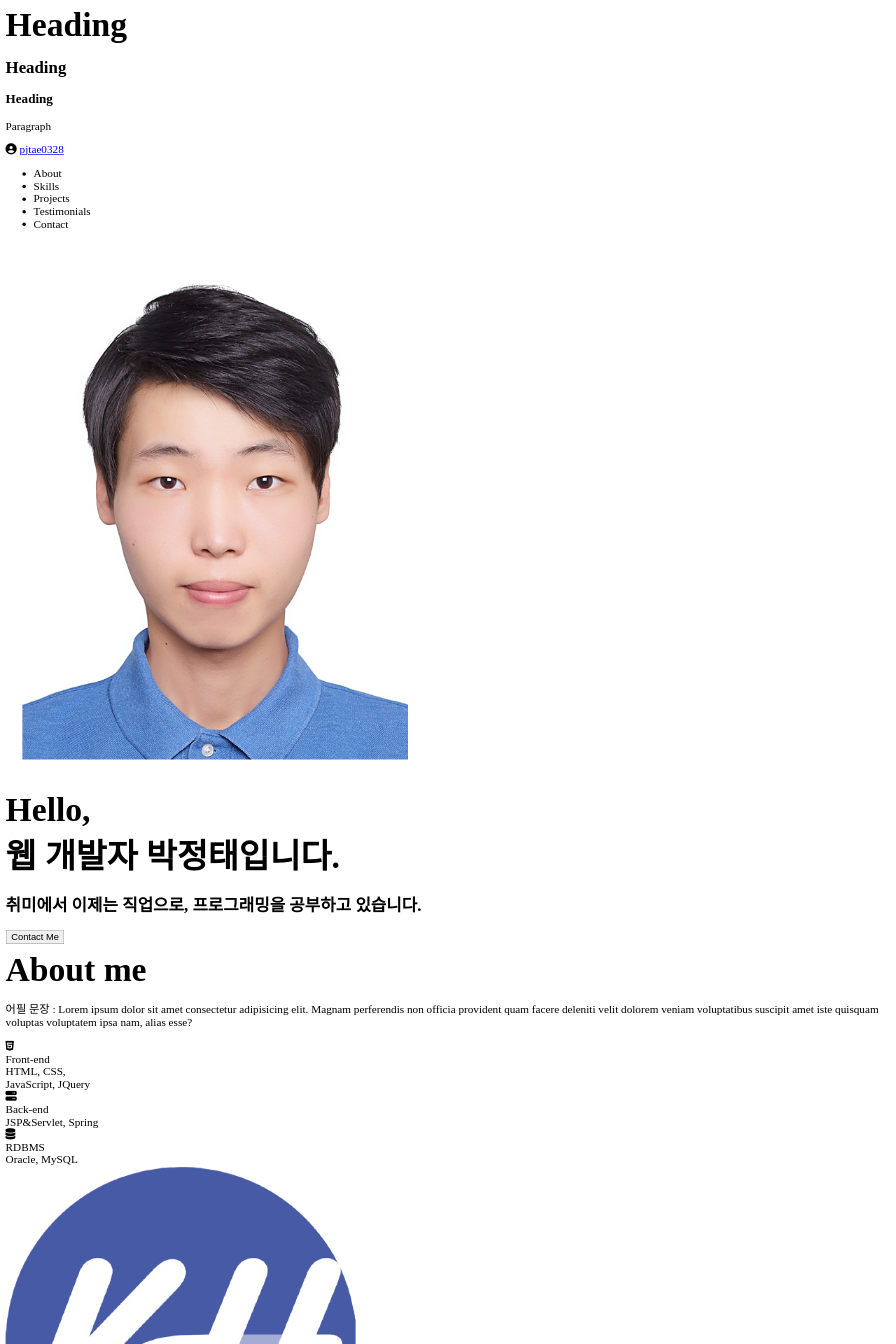
Repository: pjtae0328/Portfolio
Page: index.html
These files come from the project's save history. The page is drawn as it stood at one moment and after the next save; the edit follows.
The browser window is 1280 px wide. The pictures show the part of the page from y = 0 to 1920 px (the page is 6965 px tall before and 6997 px after), at 70% of full size.
Some web libraries are served in a nearby version.

Above is the page before, as saved 2021-09-02 21:06:22.

### index.html
<!DOCTYPE html>
<html lang="ko">

<head>
    <meta charset="UTF-8">
    <meta http-equiv="X-UA-Compatible" content="IE=edge"> <!-- ie 호환성보기 무시 -->
    <meta name="viewport" content="width=device-width, initial-scale=1.0">
    <title>박정태 포트폴리오</title>

    <!-- 설명 / 작성자 -->
    <meta name="description" content="준비된 개발자 박정태의 포트폴리오 입니다.">
    <meta name="author" content="박정태">

    <!-- 아이콘 -->
    <link rel="icon" type="image/png" href="imgs/favicon.png"/>

    <!-- fontawesome -->
    <script src="https://kit.fontawesome.com/0d232bdc2d.js" crossorigin="anonymous">
    </script>

    <!-- font -->
    <link rel="preconnect" href="https://fonts.googleapis.com">
    <link rel="preconnect" href="https://fonts.gstatic.com" crossorigin>
    <link href="https://fonts.googleapis.com/css2?family=Noto+Sans+KR:wght@400;500;700&display=swap" rel="stylesheet">

    <!-- css / js -->
    <link rel="stylesheet" href="style.css"/>
    <script src="main.js" defer></script>

<body>
    <!-- Test -->
    <h1>Heading</h1>
    <h2>Heading</h2>
    <h3>Heading</h3>
    <p>Paragraph</p>

<!-- Nav Bar -->
<nav id="navbar">
    <div class="navbar__logo">
        <i class="fas fa-user-circle"></i>
        <a href="#">pjtae0328</a>
    </div>
    <ul class="navbar__menu">
        <li class="navbar__menu__item">About</li>
        <li class="navbar__menu__item">Skills</li>
        <li class="navbar__menu__item">Projects</li>
        <li class="navbar__menu__item">Testimonials</li>
        <li class="navbar__menu__item">Contact</li>
    </ul>
</nav>

<!-- Home -->
<section id="home">
    <img src="/imgs/profile.jpg" alt="profile photo" class="home__avatar">
    <h1 class="home__title">Hello, <br>웹 개발자 박정태입니다.</h1>
    <h2 class="home__discription">취미에서 이제는 직업으로, 프로그래밍을 공부하고 있습니다.</h2>
    <button class="home__contact">Contact Me</button>
</section>

<!-- About -->
<section id="about">
    <h1>About me</h1>
    <p>어필 문장 : Lorem ipsum dolor sit amet consectetur adipisicing elit. Magnam perferendis non officia provident quam
        facere deleniti velit dolorem veniam voluptatibus suscipit amet iste quisquam voluptas voluptatem ipsa nam,
        alias esse?</p>

    <div class="about__majors">
        <div class="major">
            <div class="major__icon">
                <i class="fab fa-html5"></i>
            </div>
            <div class="major_title">Front-end</div>
            <div class="major__description">
                HTML, CSS,
                <br>JavaScript, JQuery
            </div>
        </div>
        <div class="major">
            <div class="major__icon">
                <i class="fas fa-server"></i>
            </div>
            <div class="major_title">Back-end</div>
            <div class="major__description">
                JSP&Servlet, Spring
            </div>
        </div>
        <div class="major">
            <div class="major__icon">
                <i class="fas fa-database"></i>
            </div>
            <div class="major_title">RDBMS</div>
            <div class="major__description">
                Oracle, MySQL
            </div>
        </div>
    </div>

    <div class="about__experience">
        <div class="experience">
            <img src="imgs/experience/kh.png" alt="KH정보 교육원">
            <p class="experience__name">KH 정보교육원 웹콘텐츠 개발자 과정 수료</p>
            <p class="experience__period">2021 May - 2021 Dec</p>
        </div>
        <div class="experience">
            <img src="imgs/experience/hbad.png" alt="한방애드">
            <p class="experience__name">PL Soft 리워드앱 개발 및 서비스(Android-JAVA, JSP&Servlet, MySQL)</p>
            <p class="experience__period">2016 Sep - 2017 Jan</p>
        </div>
    </div>
</section>

<!-- Skills -->
<section id="skills">
    <h1>Skills</h1>
    <h2>Skills & Attributes</h2>
    <p>
        Lorem ipsum dolor, sit amet consectetur adipisicing elit. Iusto ipsam, ullam delectus facilis molestiae ratione,
        odio maxime nulla ipsa eligendi enim minima distinctio. Praesentium in animi soluta iure, error sit!
        나의 강점 써보기 <i class="fas fa-star"></i>를 통해 제가 자신있는 정도를 표시해 보았습니다.
    </p>

    <div class="skillset">

        <div class="skillset__top">
            <div class="skill">
                <i class="fab fa-html5"></i>
                <h3 class="skill__title">HTML5 & CSS3</h3>
                <div class="skill__level">
                    <i class="fas fa-star"></i>
                    <i class="fas fa-star"></i>
                </div>
                <p>HTML과 CSS를 사용해 요구하는 디자인의 웹 스타일링을 할 수 있습니다.</p>
            </div>
            <div class="skill">
                <i class="fab fa-js-square"></i>
                <h3 class="skill__title">Java Script</h3>
                <div class="skill__level">
                    <i class="fas fa-star"></i>
                    <i class="fas fa-star"></i>
                </div>
                <p>JS의 특징과 동작 방식을 이해하고 원하는 동적 웹을 구축 할 수 있습니다.</p>
            </div>
            <div class="skill">
                <i class="fab fa-java"></i>
                <h3 class="skill__title">JAVA</h3>
                <div class="skill__level">
                    <i class="fas fa-star"></i>
                    <i class="fas fa-star"></i>
                    <i class="fas fa-star"></i>
                    <i class="fas fa-star"></i>
                </div>
                <p>JSP&Servlet을 활용해 웹 서버를 구축할 수 있으며 Spring Framework를 이해하고 사용할 수 있습니다.
                    <br>객체지향 패러다임을 이해하고 설계할 수 있으며 Spring Boot를 공부하고 개인 프로젝트를 진행했습니다.
                </p>
            </div>
            <div class="skill">
                <i class="fas fa-database"></i>
                <h3 class="skill__title">Oracle</h3>
                <div class="skill__level">
                    <i class="fas fa-star"></i>
                    <i class="fas fa-star"></i>
                </div>
                <p>관계형 데이터베이스를 이해하고 설계할 수 있으며 적절한 쿼리문을 작성하여 사용할 수 있습니다.</p>
            </div>
        </div>

        <div class="skillset__bottom">
            <div class="tools">
                <h3 class="tools__title">Tools</h3>
                <ul class="tolls__list">
                    <li><span>IntelliJ</span></li>
                    <li><span>VisualStudio Code</span></li>
                    <li><span>Eclipse</span></li>
                    <li><span>VisualStudio 2019</span></li>
                </ul>
            </div>
            <div class="etc">
                <h3 class="etc__title">Etc</h3>
                <ul class="etc__list">
                    <li><span>Git</span></li>
                    <li><span>C#</span></li>
                    <li><span>ActionScript 3.0</span></li>
                    <li><span>AutoHotKey</span></li>
                </ul>
            </div>
        </div>
    </div>
</section>

<!-- Projects -->
<section id="projects">
    <!-- 사이즈 리사이즈 해서 통일하고 아이폰/ 맥 넣어서 마우스 오버시 맥/아이폰 넘어가게 애니메이션 주기  -->
    <!-- 개인 Spring Boot -->
    <div class="project">
        <img class="project__img" src="https://via.placeholder.com/350" alt="projectIMG">
        <h3 class="project__title">Title</h3>
        <button class="project__View">View</button>
        <a href="#" class="project__github" target="_blank"><i class="fab fa-github"></i></a>
    </div>
    <!-- 학원 Spring -->
    <div class="project">
        <img class="project__img" src="https://via.placeholder.com/350" alt="projectIMG">
        <h3 class="project__title">Title</h3>
        <button class="project__View">View</button>
        <a href="#" class="project__github" target="_blank"><i class="fab fa-github"></i></a>
    </div>
    <!-- 학원 JSP&Servlet -->
    <div class="project">
        <img class="project__img" src="https://via.placeholder.com/350" alt="projectIMG">
        <h3 class="project__title">Title</h3>
        <button class="project__View">View</button>
        <a href="#" class="project__github" target="_blank"><i class="fab fa-github"></i></a>
    </div>
    <!-- 포트폴리오 페이지 -->
    <div class="project">
        <img class="project__img" src="https://via.placeholder.com/350" alt="projectIMG">
        <h3 class="project__title">Title</h3>
        <button class="project__View">View</button>
        <a href="#" class="project__github" target="_blank"><i class="fab fa-github"></i></a>
    </div>
</section>

<!-- Testimonials -->
<section id="testimonials">
    <h1>Testimonials</h1>
    <h3>See what they say about me</h3>
    <div class="testimonials">
        <div class="testimonial">
            <img
                src="imgs/testimonial/people1.jpg"
                alt="People"
                class="testimonial__avatar"
            >
            <div class="testimonial__speech-bubble">
                <p>Lorem ipsum dolor sit amet consectetur adipisicing elit. Accusantium iusto doloribus, cumque eos facilis velit omnis labore commodi praesentium? Numquam provident commodi praesentium fugiat ea sequi quam officia porro nulla!</p>
                <p class="testimonial__name"><a href="#" target="_blank">이름(링크드인 or 깃헙) / 소속</a></p>
            </div>
        </div>
        <div class="testimonial">
            <img
                src="imgs/testimonial/people1.jpg"
                alt="People"
                class="testimonial__avatar"
            >
            <div class="testimonial__speech-bubble">
                <p>Lorem ipsum dolor sit amet consectetur adipisicing elit. Accusantium iusto doloribus, cumque eos facilis velit omnis labore commodi praesentium? Numquam provident commodi praesentium fugiat ea sequi quam officia porro nulla!</p>
                <p class="testimonial__name"><a href="#" target="_blank">이름(링크드인 or 깃헙) / 소속</a></p>
            </div>
        </div>
        <div class="testimonial">
            <img
                src="imgs/testimonial/people1.jpg"
                alt="People"
                class="testimonial__avatar"
            >
            <div class="testimonial__speech-bubble">
                <p>Lorem ipsum dolor sit amet consectetur adipisicing elit. Accusantium iusto doloribus, cumque eos facilis velit omnis labore commodi praesentium? Numquam provident commodi praesentium fugiat ea sequi quam officia porro nulla!</p>
                <p class="testimonial__name"><a href="#" target="_blank">이름(링크드인 or 깃헙) / 소속</a></p>
            </div>
        </div>
    </div>
</section>

<!-- Contact -->
<section id="contact">
    <h1 class="contact__title">Let's talk</h1>
    <h2 class="contact__email">pjtae0328@gmail.com</h2>
    <div class="contact__links">
        <a href="https://github.com/pjtae0328" target="_blank">
            <i class="fab fa-github-square"></i>
        </a>
    </div>
    <p class="contact__rights">
        copyright &copy; by pjtae0328 All Right Reserved
    </p>
</section>
</body>
</html>

### style.css
/* Global */

:root {
  /* Color */
  --color-white: #ffffff;
  --color-light-white: #eeeeee;
  --color-dark-white: #bdbdbd;
  --color-mint: #caf7e3;
  --color-light-mint: #edffec;
  --color-purple: #e4bad4;
  --color-light-purple: #f6dfeb;
  --color-dark-grey: #4d4d4d;
  --color-grey: #616161;
  --color-light-grey: #7c7979;
  --color-blue: #73aace;
  --color-yellow: #fff7d1;
  --color-black: #000000;

  /* Font Size */
  --font-large: 48px;
  --font-medium: 28px;
  --font-regular: 18px;
  --font-small: 16px;
  --font-micro: 14px;

  /* Font Weight */
  --weight-bold: 700;
  --weight-semi-bold: 500;
  --weight-regular: 400;

  /* Size */
}

/* Universal tags */
* {
  box-sizing: border-box;
}

/* Typography */
h1 {
  font-size: var(--font-large);
  font-weight: var(--weight-bold);
  color: var(--color-black);
  margin: 8px 0;
}

Loaded but not shown: main.js (common file)

After the next save:
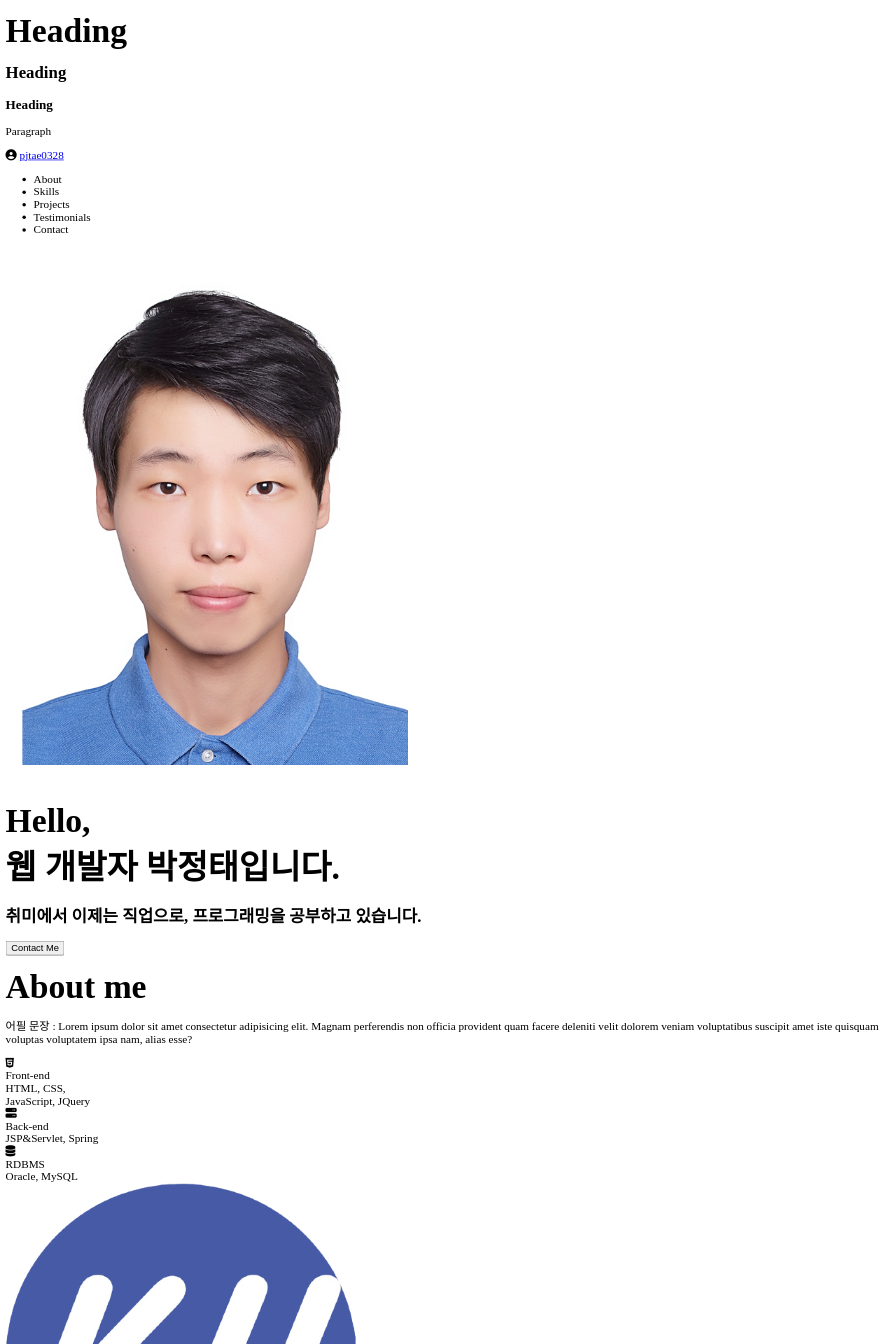
Saved 5 s later.
--- a/style.css
+++ b/style.css
@@ -41,5 +41,5 @@
   font-size: var(--font-large);
   font-weight: var(--weight-bold);
   color: var(--color-black);
-  margin: 8px 0;
+  margin: 16px 0;
 }
